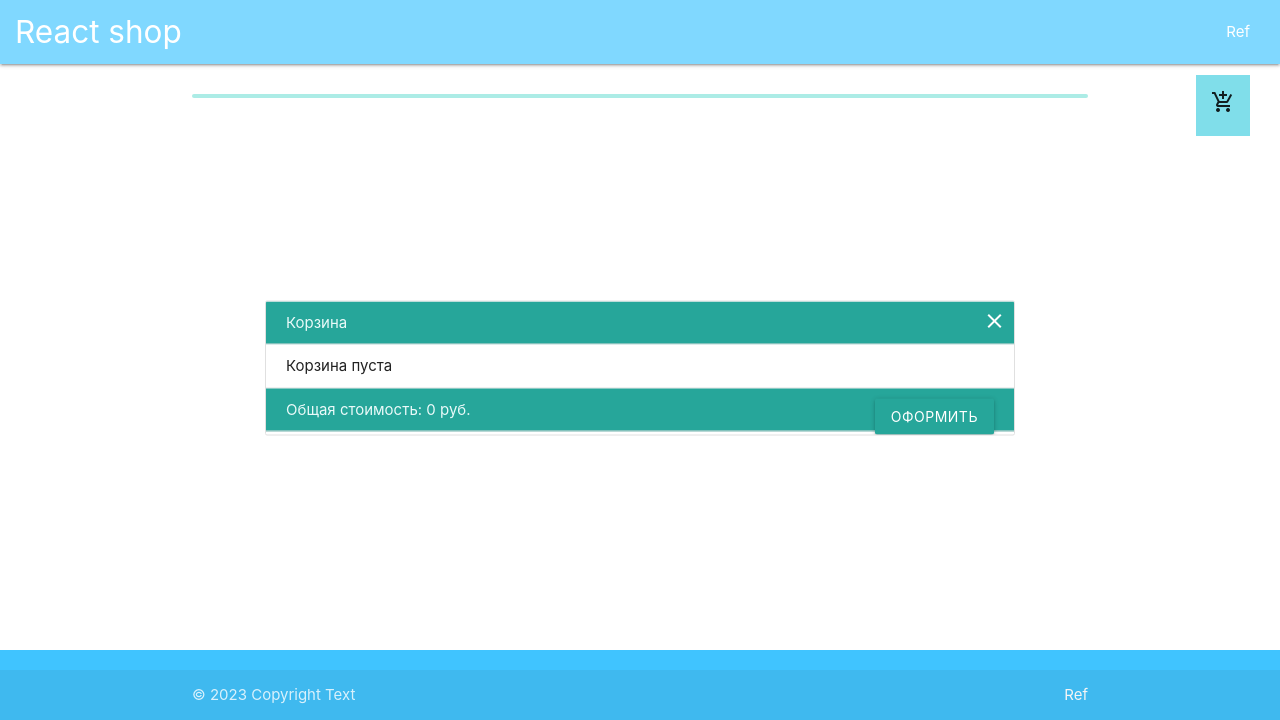
Repository: qui-qui-qui/online-shop
Page: /, after clicking the first element matching `div.cart`
An editor plug-in stored every save of this project. The page is shown before and after the next save, followed by the edit.
The browser window is 1280 px wide. The pictures show the whole page.
The page's requests for data from a server got no answer. The project was rebuilt for these pictures with package versions that can differ from the ones it lists, and the page was loaded fresh each time. No one was signed in, and anything a server would have sent is missing. Also part of the build but not shown: src/components/GoodsItem.jsx, src/components/GoodsList.jsx, src/components/BasketItem.jsx.

Above is the page before, as saved 2023-01-07 19:29:17.

After the next save:
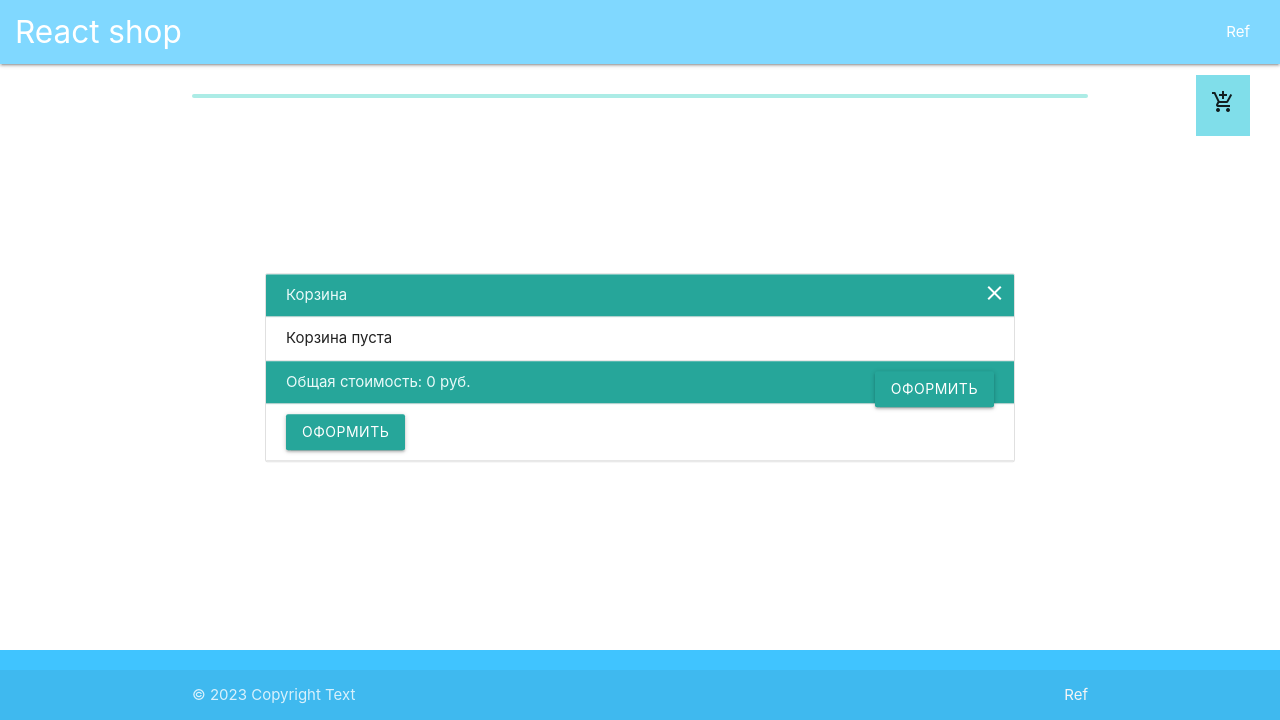
Saved 63 s later.
--- a/src/components/BasketList.jsx
+++ b/src/components/BasketList.jsx
@@ -33,6 +33,9 @@ function BasketList(props) {
         Общая стоимость: {totalPrice} руб.
         <button className="secondary-content btn">Оформить</button>
       </li>
+      <li className="collection-item">
+        <button className="btn">Оформить</button>
+      </li>
       <i className="material-icons basket-close" onClick={handleBasketShow}>
         close
       </i>
